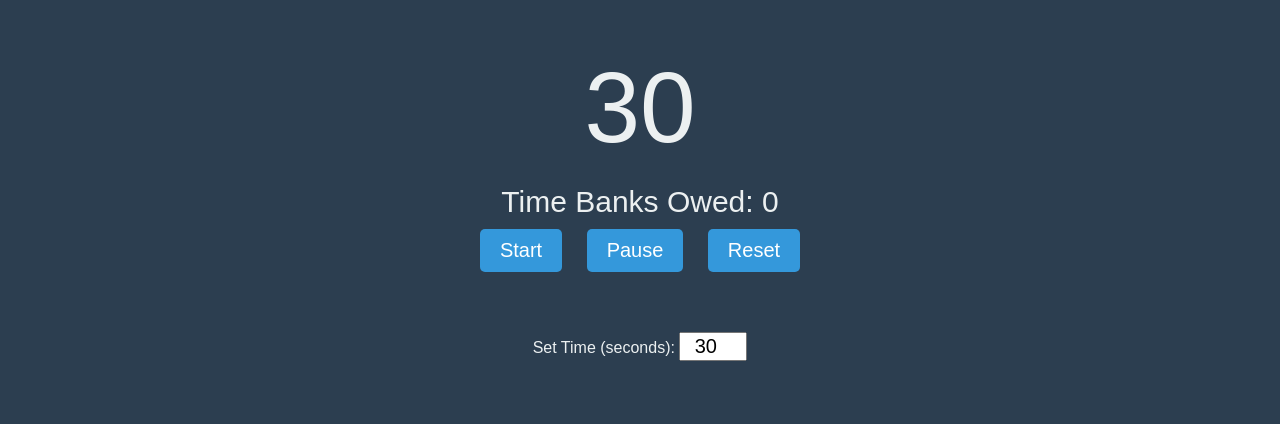
Repository: STnaidoo/poker-shot-clock
Page: index.html
These files come from the project's save history. The page is drawn as it stood at one moment and after the next save; the edit follows.
The browser window is 1280 px wide. The pictures show the whole page.

Above is the page before, as saved 2024-10-31 12:27:35.

After the next save:
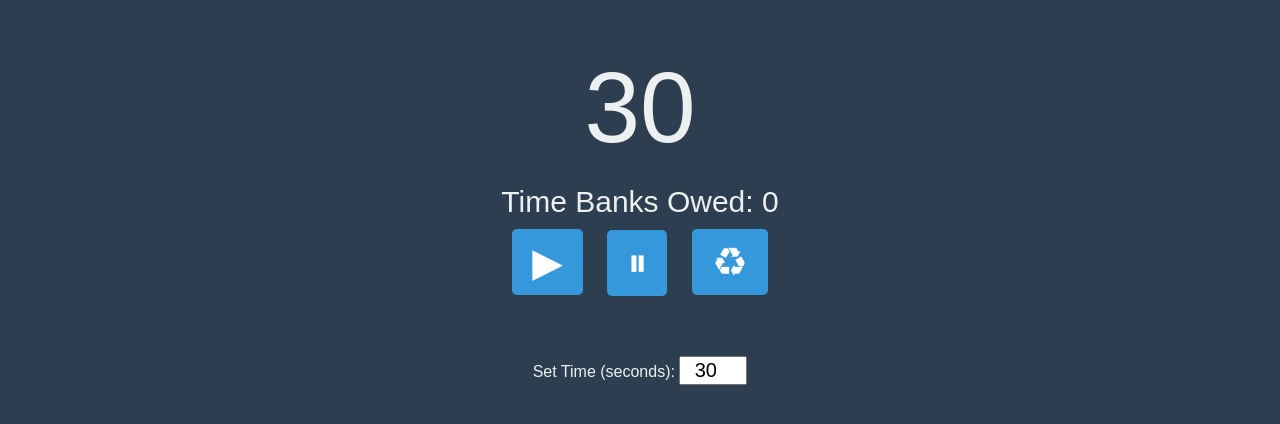
Saved 3 min 56 s later.
--- a/index.html
+++ b/index.html
@@ -10,6 +10,7 @@
             color: #ecf0f1;
             margin: 0;
             padding: 0;
+            transition: background-color 0.5s;
         }
 
         #timer {
@@ -23,7 +24,7 @@
         }
 
         .button {
-            font-size: 20px;
+            font-size: 40px;
             padding: 10px 20px;
             margin: 10px;
             background-color: #3498db;
@@ -53,9 +54,9 @@
     <div id="timer">30</div>
     <div id="timeBanks">Time Banks Owed: 0</div>
 
-    <button id="startButton" class="button">Start</button>
-    <button id="pauseButton" class="button">Pause</button>
-    <button id="resetButton" class="button">Reset</button>
+    <button id="startButton" class="button">▶</button>
+    <button id="pauseButton" class="button">⏸</button>
+    <button id="resetButton" class="button">♻</button>
 
     <div id="settings">
         <label for="timeInput">Set Time (seconds): </label>
@@ -75,6 +76,7 @@
         var timerId;
         var isRunning = false;
         var timeBanksOwed = 0;
+        var flashIntervalId;
 
         timerDisplay.textContent = timeLeft;
 
@@ -89,15 +91,19 @@
         pauseButton.addEventListener('click', function() {
             if (isRunning) {
                 clearInterval(timerId);
+                clearInterval(flashIntervalId);
+                document.body.style.backgroundColor = '#2c3e50'; // Reset background color
                 isRunning = false;
             }
         });
 
         resetButton.addEventListener('click', function() {
             clearInterval(timerId);
+            clearInterval(flashIntervalId);
             timeLeft = parseInt(timeInput.value);
             initialTime = timeLeft;
             timerDisplay.textContent = timeLeft;
+            document.body.style.backgroundColor = '#2c3e50'; // Reset background color
             isRunning = false;
             timeBanksOwed = 0;
             timeBanksDisplay.textContent = 'Time Banks Owed: ' + timeBanksOwed;
@@ -118,9 +124,28 @@
                 playBeep();
                 timeLeft = initialTime;
                 timerDisplay.textContent = timeLeft;
+                // Reset flash effects
+                clearInterval(flashIntervalId);
+                document.body.style.backgroundColor = '#2c3e50';
             } else {
                 timeLeft--;
                 timerDisplay.textContent = timeLeft;
+
+                if (timeLeft <= 5) {
+                    // Start flashing and ticking
+                    if (!flashIntervalId) {
+                        flashIntervalId = setInterval(flashScreen, 500);
+                    }
+                    playTick();
+                }
+            }
+        }
+
+        function flashScreen() {
+            if (document.body.style.backgroundColor === 'rgb(44, 62, 80)') {
+                document.body.style.backgroundColor = '#e74c3c'; // Flash red
+            } else {
+                document.body.style.backgroundColor = '#2c3e50'; // Original color
             }
         }
 
@@ -133,6 +158,16 @@
             oscillator.start();
             oscillator.stop(context.currentTime + 0.1); // Beep duration in seconds
         }
+
+        function playTick() {
+            var context = new (window.AudioContext || window.webkitAudioContext)();
+            var oscillator = context.createOscillator();
+            oscillator.type = "square";
+            oscillator.frequency.setValueAtTime(880, context.currentTime); // Higher frequency for tick
+            oscillator.connect(context.destination);
+            oscillator.start();
+            oscillator.stop(context.currentTime + 0.05); // Tick duration in seconds
+        }
     </script>
 
 </body>
